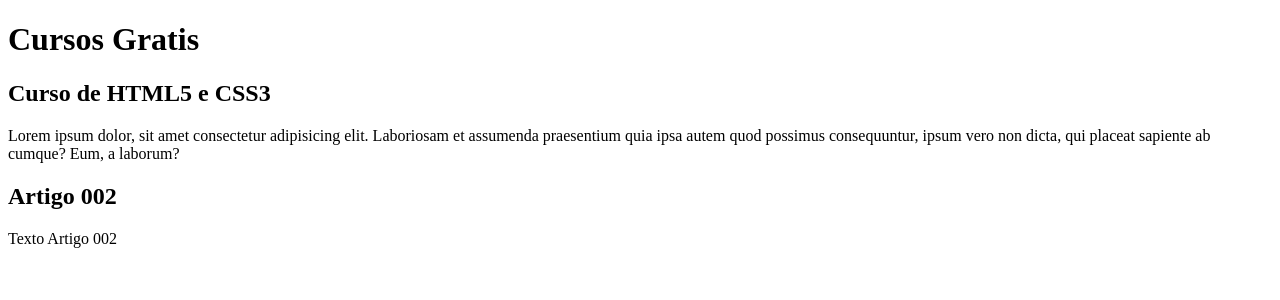
Repository: AnthonyLuanSantos/projeto-site
Page: index.html
An editor plug-in stored every save of this project. The page is shown before and after the next save, followed by the edit.
The browser window is 1280 px wide. The pictures show the whole page.

Above is the page before, as saved 2024-08-18 20:38:41.

After the next save:
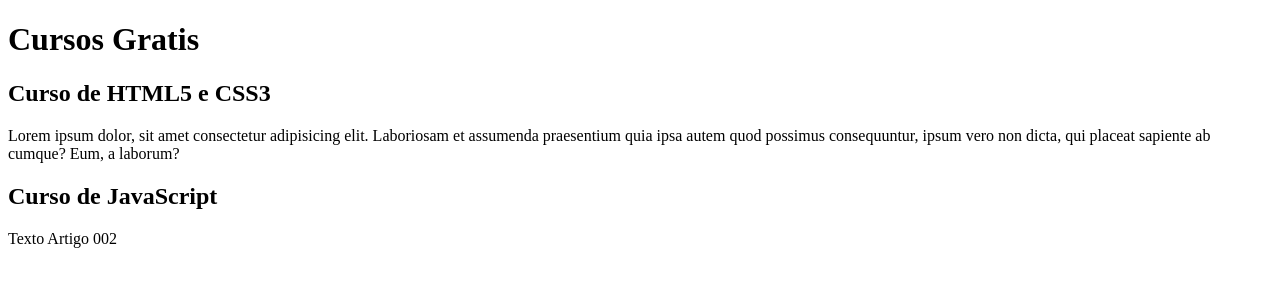
Saved 58 s later.
--- a/index.html
+++ b/index.html
@@ -15,7 +15,7 @@
             <p>Lorem ipsum dolor, sit amet consectetur adipisicing elit. Laboriosam et assumenda praesentium quia ipsa autem quod possimus consequuntur, ipsum vero non dicta, qui placeat sapiente ab cumque? Eum, a laborum?</p>
         </article>
         <article>
-            <h2>Artigo 002</h2>
+            <h2>Curso de JavaScript</h2>
             <p>Texto Artigo 002</p>
         </article>
     </main>
